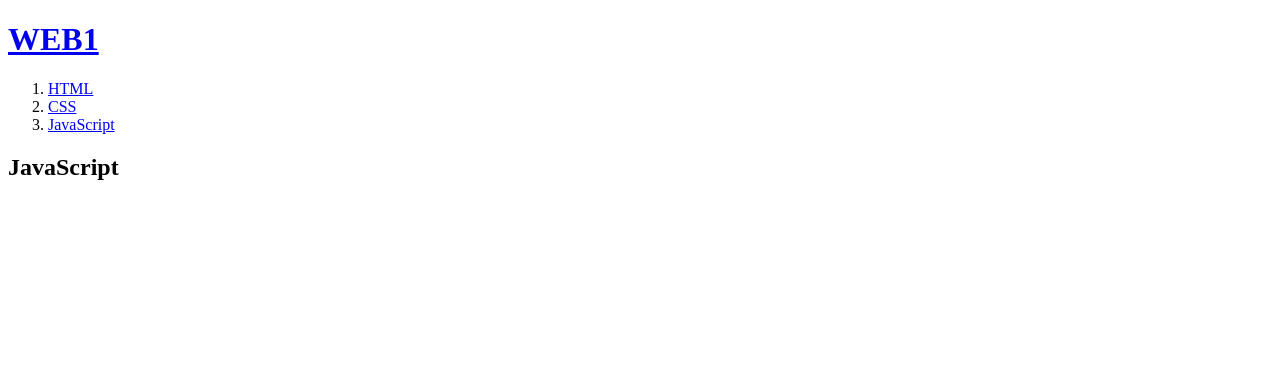
Repository: winterer4/Web-1
Page: HTML5/3.html
An editor plug-in stored every save of this project. The page is shown before and after the next save, followed by the edit.
The browser window is 1280 px wide. The pictures show the whole page.

Above is the page before, as saved 2018-10-29 07:36:28.

### HTML5/3.html
<!DOCTYPE html>
<html>
<head>
<meta charset="UTF-8">
<title>WEB 1  - JavaScript</title>
</head>
<body>
 <h1><a href="index.html">WEB1</a></h1>
<ol>
	<li><a href="1.html">HTML      </a></li>
	<li><a href="2.html">CSS       </a></li>
	<li><a href="3.html">JavaScript</a></li>
</ol>

	<h2>JavaScript</h2>
<p>









</p>




</body>






</html>

After the next save:
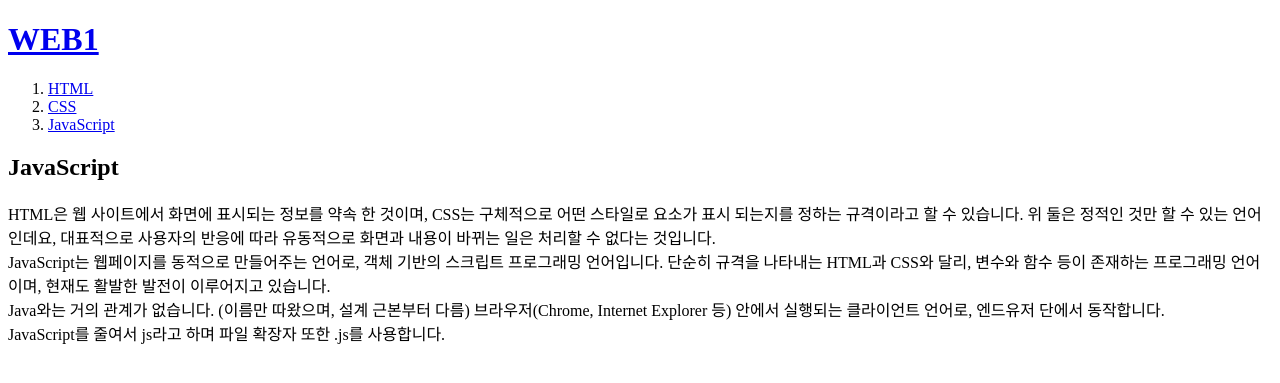
Saved 28 s later.
--- a/HTML5/3.html
+++ b/HTML5/3.html
@@ -15,7 +15,16 @@
 	<h2>JavaScript</h2>
 <p>
 
-
+HTML은 웹 사이트에서 화면에 표시되는 정보를 약속 한 것이며, CSS는 구체적으로 어떤 스타일로 요소가 표시 되는지를 정하는 규격이라고 할 수 있습니다.
+위 둘은 정적인 것만 할 수 있는 언어인데요, 대표적으로 사용자의 반응에 따라 유동적으로 화면과 내용이 바뀌는 일은 처리할 수 없다는 것입니다.
+<br>
+JavaScript는 웹페이지를 동적으로 만들어주는 언어로, 객체 기반의 스크립트 프로그래밍 언어입니다.
+단순히 규격을 나타내는 HTML과 CSS와 달리, 변수와 함수 등이 존재하는 프로그래밍 언어이며, 현재도 활발한 발전이 이루어지고 있습니다.
+<br>
+Java와는 거의 관계가 없습니다. (이름만 따왔으며, 설계 근본부터 다름)
+브라우저(Chrome, Internet Explorer 등) 안에서 실행되는 클라이언트 언어로, 엔드유저 단에서 동작합니다.
+<br>
+JavaScript를 줄여서 js라고 하며 파일 확장자 또한 .js를 사용합니다.
 
 
 
